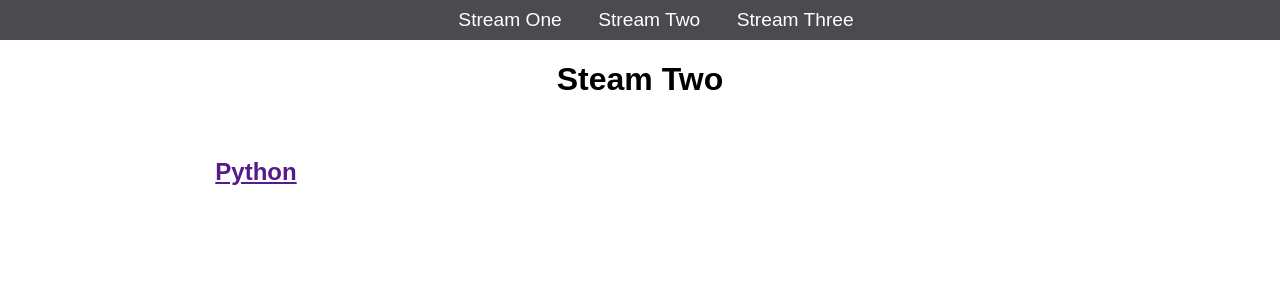
Repository: lisaannbyrne1/my-first-website
Page: stream-two.html
The author's editor kept a record of every edit. The page is drawn from the files as they stood at one moment, then again after the next edit.
The browser window is 1280 px wide. The pictures show the whole page.

Above is the page before.

After the next edit:
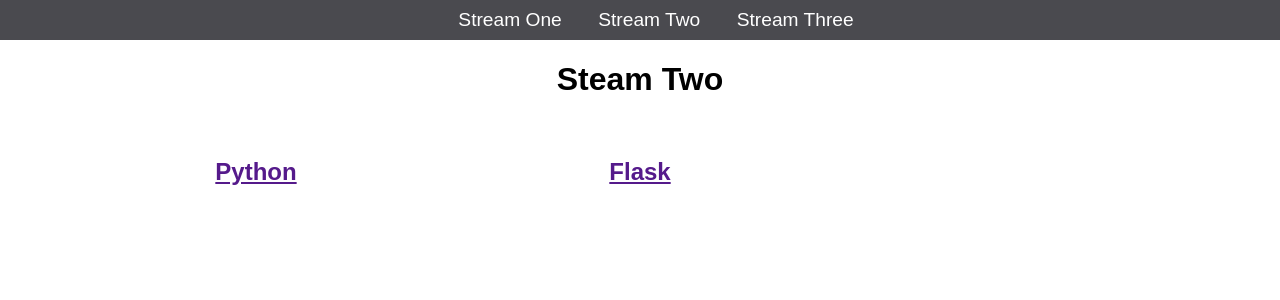
The edit:
--- a/stream-two.html
+++ b/stream-two.html
@@ -19,6 +19,11 @@
                 <h2>Python</h2>
             </a>
         </div>
-
+       <div class="card">
+            <a href="">
+                <img src=""/>
+                <h2>Flask</h2>
+            </a>
+        </div>
     </body>
 </html>
